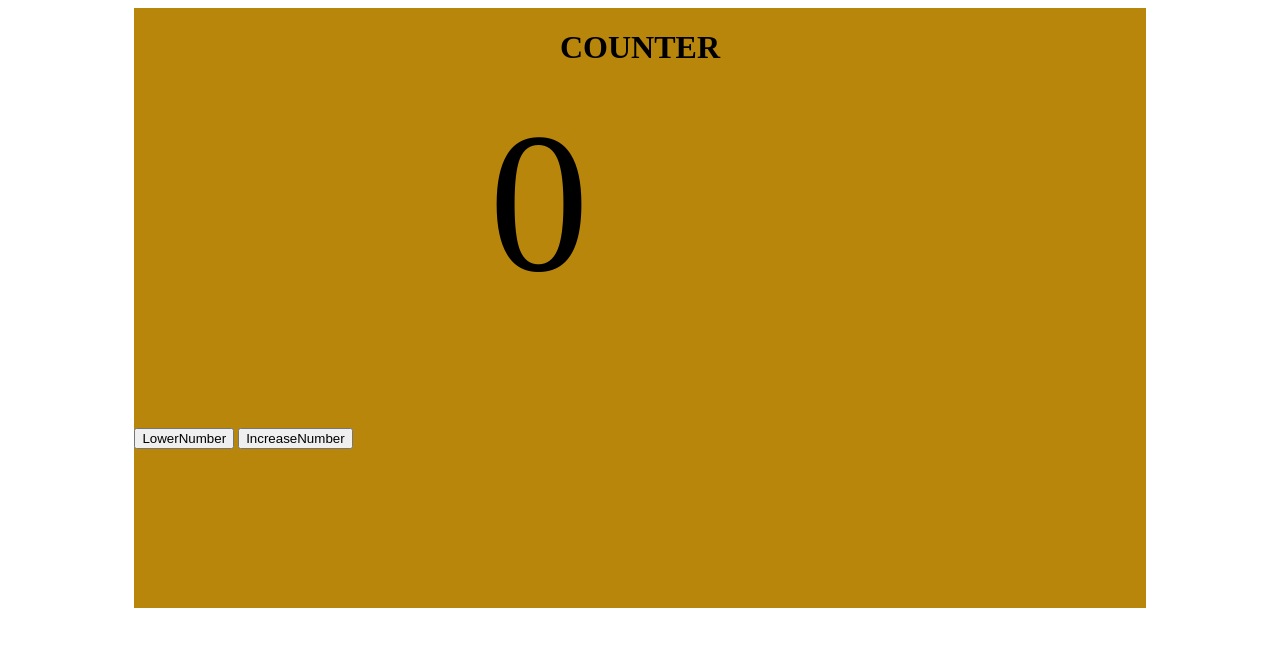
Repository: Sgalstyan06/counterNum
Page: index.html
These files come from the project's save history. The page is drawn as it stood at one moment and after the next save; the edit follows.
The browser window is 1280 px wide. The pictures show the whole page.

Above is the page before, as saved 2022-02-14 16:56:49.

After the next save:
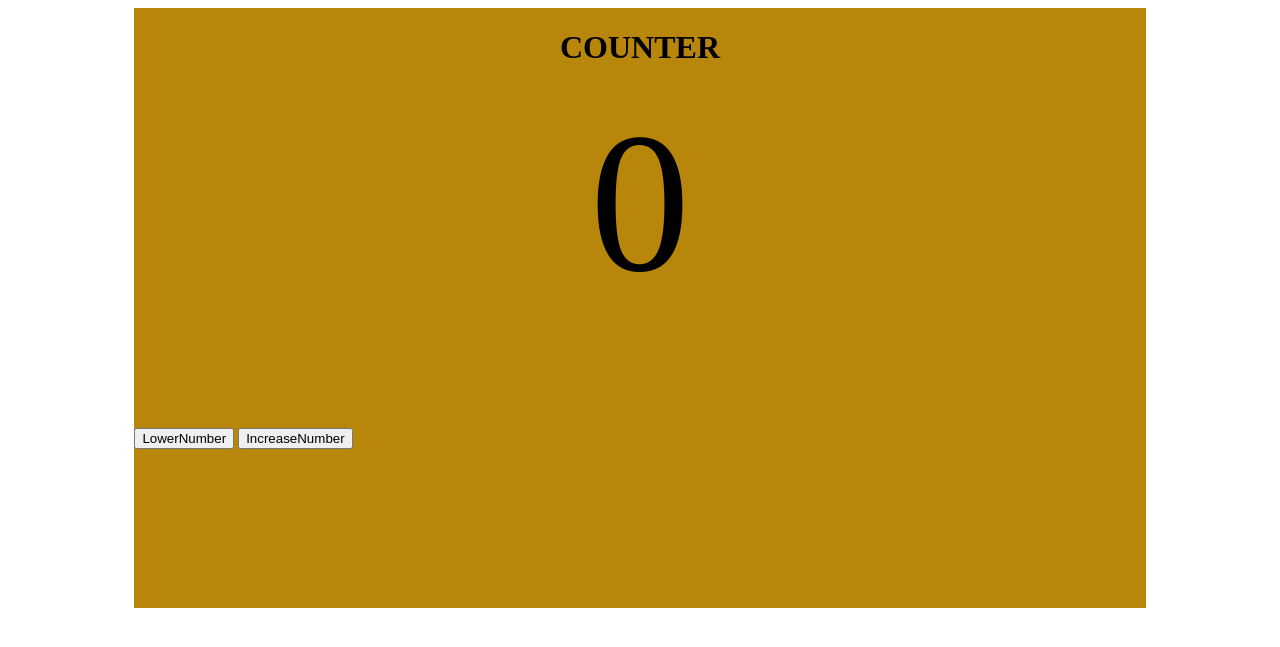
Saved 36 s later.
--- a/style.css
+++ b/style.css
@@ -12,7 +12,7 @@
 }
 
 .result{
-    width: 80%;
+
     height: 340px;
     font-size: 200px;
     text-align: center;
